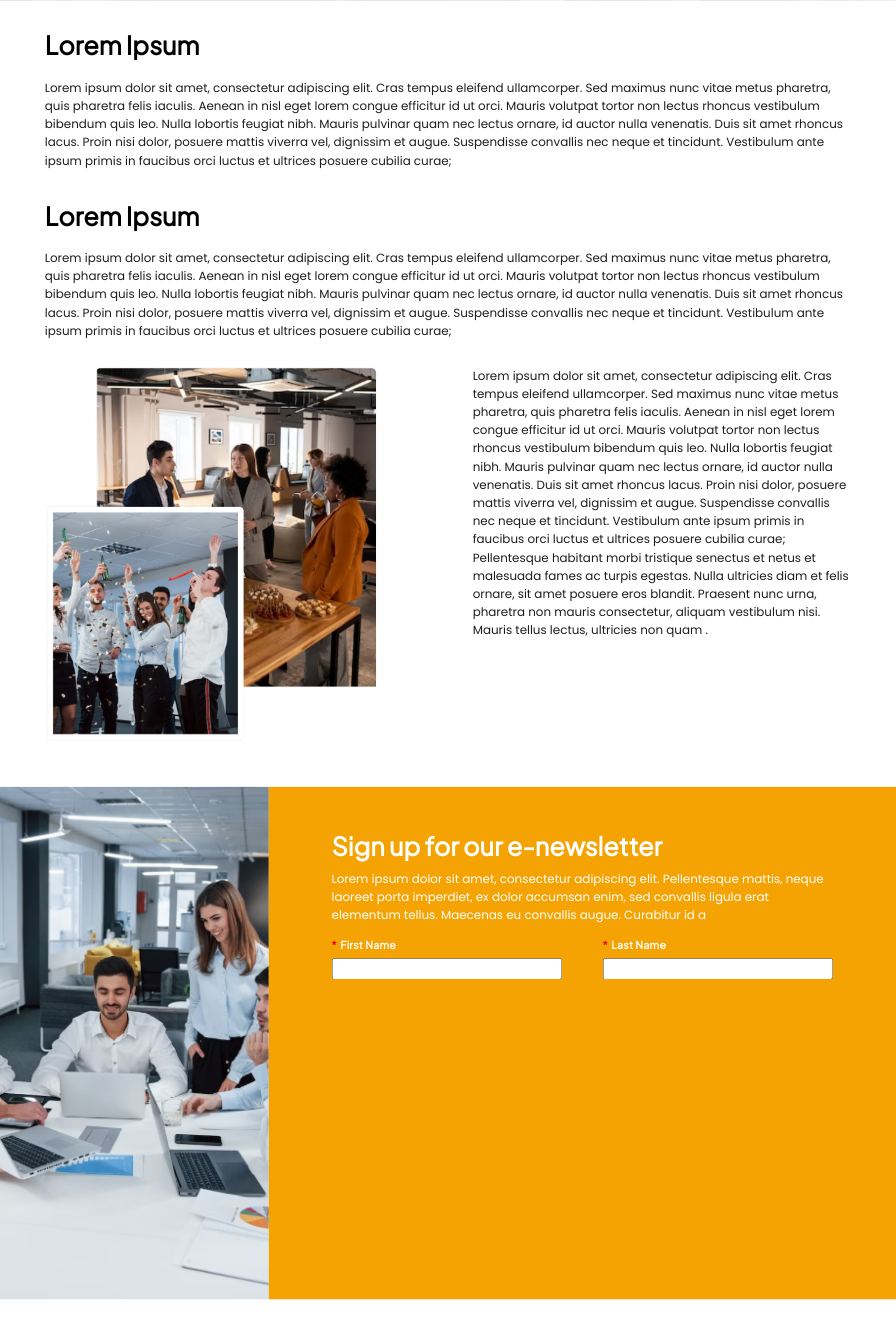
Repository: Akash8377/Hospitality-website
Page: /about-us
These files come from the project's save history. The page is drawn as it stood at one moment and after a run of saves; the edit follows.
The browser window is 1280 px wide. The pictures show the part of the page from y = 683 to 2603 px (the page is 2603 px tall), at 70% of full size.
Some web libraries are served in a nearby version. The project was rebuilt for these pictures with package versions that can differ from the ones it lists, and the page was loaded fresh each time. Also part of the build but not shown: src/Component/Partial/heading-cont.js, src/Component/Shared/about-us.js, src/Component/Shared/Banner.js, src/Component/Shared/popular-jobs.js, src/Component/Sliders/ServiceSlider.js, src/Component/Sliders/ReviewSlider.js, src/Component/Partial/index-banner.js, src/Component/Partial/index-buisness-banner.js and 2 more.

Above is the page before, as saved 2023-07-07 12:10:57.

### public/index.html
<!-- @format -->

<!DOCTYPE html>
<html lang="en">
  <head>
    <meta charset="utf-8" />
    <link rel="icon" href="%PUBLIC_URL%/favicon.ico" />
    <meta name="viewport" content="width=device-width, initial-scale=1" />
    <meta name="theme-color" content="#000000" />
    <meta
      name="description"
      content="Web site created using create-react-app"
    />
    <link rel="apple-touch-icon" href="%PUBLIC_URL%/logo192.png" />
    <link rel="manifest" href="%PUBLIC_URL%/manifest.json" />

    <link rel="preconnect" href="https://fonts.googleapis.com" />
    <link rel="preconnect" href="https://fonts.gstatic.com" crossorigin />
    <link href="https://fonts.googleapis.com/css2?family=Plus+Jakarta+Sans&family=Poppins&display=swap" rel="stylesheet">
    <title>React App</title>
  </head>
  <body>
    <noscript>You need to enable JavaScript to run this app.</noscript>
    <div id="root"></div>
  </body>
  <script src="https://kit.fontawesome.com/b533b351e4.js" crossorigin="anonymous"></script>
</html>

### src/index.css
/** @format */

body {
  margin: 0;
  padding: 0;
  font-family: -apple-system, BlinkMacSystemFont, "Segoe UI", "Roboto", "Oxygen",
    "Ubuntu", "Cantarell", "Fira Sans", "Droid Sans", "Helvetica Neue",
    sans-serif;
  -webkit-font-smoothing: antialiased;
  -moz-osx-font-smoothing: grayscale;
}

code {
  font-family: source-code-pro, Menlo, Monaco, Consolas, "Courier New",
    monospace;
}

### src/App.js
import React from 'react'
import {  BrowserRouter  , Route , Routes } from 'react-router-dom'
import HomePage from './Pages/HomePage'



// Css
import './Css/Navbar.css'
import './Css/Lap.css'
import AboutUs from './Pages/AboutUs'
const App = () => {
  return (
    <>
      <BrowserRouter>
        <Routes>
            <Route path='/' element={<HomePage />} />
            <Route path='/about-us' element={<AboutUs />} />
        </Routes>
      </BrowserRouter>
    </>
  )
}

export default App

### src/Css/Navbar.css
/** @format */

.Navbar {
  display: flex;
  justify-content: space-evenly;
  box-shadow: 0px 10px 30px 0px rgba(0, 0, 0, 0.25);
  background-color: #033c59;
  padding: 20px;
  align-items: center;
}
.Navbar .main {
  width: 15%;
  text-align: center;
}
.Navbar .main a {
  text-decoration: none;
  color: #fff;
  font-size: 20px;
  font-family: Plus Jakarta Sans;
  font-style: normal;
  font-weight: 400;
  line-height: 24px;
  letter-spacing: 1px;
  margin: 0;
}

.Navbar .main img {
  display: block;
  margin: auto;
  max-width: 100%;
}
.Navbar .main div {
  border-radius: 24px;
  border: 1px solid #f3f4f6;
  background: #eee;
  padding: 8px;
  display: flex;
  justify-content: space-between;
  padding-left: 10px;
  padding-right: 10px;
}
.Navbar .main div input {
  border: none;
  background-color: transparent;
  outline: none;
  color: #6b7280;
  font-size: 14px;
  font-family: Plus Jakarta Sans;
  font-style: normal;
  font-weight: 400;
  line-height: normal;
  width: 80%;
}
.Navbar .main button {
  border-radius: 8px;
  background: #f5a302;
  width: 120px;
  padding: 10px;
  color: #fff;
  text-align: center;
  font-size: 16px;
  font-family: Plus Jakarta Sans;
  font-style: normal;
  font-weight: 800;
  line-height: normal;
  outline: none;
  border: 1px solid #f5a302;
}

.Navbar .main a:focus{
    font-weight: 700;
}

### src/Css/Lap.css
/** @format */

/* Home Page Banner */
.Banner {
  min-height: 600px;
  max-height: 800px;
  width: 100%;
  background-image: url("../../public/Image/1.png");
  background-size: cover;
  background-repeat: no-repeat;
  position: relative;
}
.Banner h2 {
  color: #fff;
  text-align: center;
  font-size: 60px;
  font-family: Plus Jakarta Sans;
  font-style: normal;
  font-weight: 700;
  line-height: 90px;
}
.Banner p {
  color: rgba(255, 255, 255, 0.7);
  text-align: center;
  font-size: 17px;
  font-family: Plus Jakarta Sans;
  font-style: normal;
  font-weight: 400;
  line-height: 28px;
}

.Banner .two_button {
  display: flex;
  justify-content: center;
  gap: 20px;
}
.Banner .two_button button {
  border-radius: 10px;
  background: #033c59;
  border: 1px solid #033c59;
  box-shadow: 0px 0px 3px 0px rgba(60, 72, 88, 0.15);
  width: 457px;
  color: #fff;
  height: 92px;
  color: #fff;
  font-size: 28px;
  font-family: Plus Jakarta Sans;
  font-style: normal;
  font-weight: 700;
  line-height: normal;
  display: flex;
  justify-content: center;
  align-items: center;
  gap: 20px;
}

.Banner .Bottom_Button {
  border-radius: 10px;
  background: #f5a302;
  box-shadow: 0px 0px 3px 0px rgba(60, 72, 88, 0.15);
  color: #fff;
  text-align: center;
  font-size: 28px;
  font-family: Plus Jakarta Sans;
  font-style: normal;
  font-weight: 700;
  border: 1px solid #f5a302;
  height: 92px;
  width: 666px;
  display: flex;
  justify-content: center;
  align-items: center;
  gap: 20px;
  margin: auto;
  margin-top: 20px;
}

.Banner .content {
  position: absolute;
  top: 50%;
  left: 50%;
  transform: translate(-50%, -50%);
}

/* -------------------------- */

/* Home Page About us Section */
.Three_Div {
  display: flex;
  justify-content: space-evenly;
  gap: 20px;
  flex-wrap: wrap;
  margin-top: 2%;
  padding: 20px;
}
.Three_Div .Item {
  width: 357.126px;
}
.Three_Div .Item .upper {
  width: 100%;
  height: 381.393px;
  position: relative;
  background-image: url("../../public/Image/2.png");
}
.Three_Div .Item .upper .head {
  color: #fff;
  text-align: center;
  font-size: 36px;
  font-family: Plus Jakarta Sans;
  font-style: normal;
  font-weight: 600;
  max-width: 100%;
  width: 100%;
  margin: auto;
  position: absolute;
  bottom: 30px;
  left: 50%;
  transform: translate(-50%);
}
.Three_Div .Item .desc {
  color: #1d1d1d;
  text-align: center;
  font-size: 14px;
  font-family: Poppins;
  font-style: normal;
  font-weight: 400;
  line-height: normal;
  margin-top: 20px;
}
.Three_Div .Item button {
  border-radius: 6px;
  border: 1px solid #f5a302;
  background: #fef6e6;
  padding: 5px 21.02px 5px 21px;
  display: block;
  margin: auto;
  color: #f5a302;
  text-align: center;
  font-size: 15px;
  font-family: Plus Jakarta Sans;
  font-style: normal;
  font-weight: 600;
  line-height: 28px;
  letter-spacing: 0.375px;
}

/* Home Page Heading Container*/
.Center_Heading {
  margin-top: 5%;
}
.Center_Heading h5 {
  color: #161c2d;
  text-align: center;
  font-size: 36px;
  font-family: Plus Jakarta Sans;
  font-style: normal;
  font-weight: 600;
  line-height: 39px;
}
.Center_Heading .desc {
  color: #1d1d1d;
  text-align: center;
  font-size: 14px;
  font-family: Poppins;
  font-style: normal;
  font-weight: 400;
  line-height: normal;
  max-width: 600px;
  margin: auto;
}

/* Home Page Popular Jobs */
.Popular_Jobs {
  padding: 20px;
}
.Popular_Jobs table {
  table-layout: fixed;
  width: 90%;
  margin: auto;
  text-align: center;
}
.Popular_Jobs table tbody td .flex-cont {
  display: flex;
  gap: 5px;
  justify-content: center;
  align-items: center;
}

.Popular_Jobs table tbody tr {
  margin-top: 30px 0 !important;
  border-radius: 4px;
  background: rgba(255, 255, 255, 0);
  box-shadow: 0px 0px 3px 0px rgba(60, 72, 88, 0.15);
  border: 1px solid rgba(255, 255, 255, 0);
}
.Popular_Jobs table tbody tr td {
  padding: 10px;
}
.Popular_Jobs table tbody td .flex-cont p {
  color: #161c2d;
  font-size: 17px;
  font-family: Plus Jakarta Sans;
  font-style: normal;
  font-weight: 600;
  line-height: 28px;
  margin: 0;
}
.Popular_Jobs table tbody td .flex-cont button {
  border-radius: 6px;
  border: 1px solid #005479;
  background: #005479;
  color: #fff;
  text-align: center;
  font-size: 15px;
  font-family: Plus Jakarta Sans;
  font-style: normal;
  font-weight: 600;
  line-height: 28px;
  letter-spacing: 0.375px;
}
.Popular_Jobs table tbody td .flex-cont i {
  color: #005479;
  width: 40px;
  height: 40px;
  border: 1px solid #005479;
  text-align: center;
  border-radius: 100%;
  background-color: rgba(3, 0, 129, 0.05);
  padding: 10px;
}
.Popular_Jobs table tbody td .flex-vertical-cont {
  display: flex;
  flex-direction: column;
}
.Popular_Jobs table tbody td .flex-vertical-cont p {
  margin: 0;
  color: #161c2d;
  font-size: 15px;
  font-family: Plus Jakarta Sans;
  font-style: normal;
  font-weight: 700;
  line-height: 28px;
}
.Popular_Jobs table tbody td .flex-vertical-cont select {
  border-radius: 6px;
  border: 1px solid #777;
  background: #eee;
  width: 164px;
  margin: auto;
  outline: none;
  color: #777;
  font-size: 14px;
  font-family: Plus Jakarta Sans;
  font-style: normal;
  font-weight: 400;
  line-height: 20px;
}
.Popular_Jobs table tbody td .flex-vertical-cont div {
  display: flex;
  gap: 5px;
  align-items: center;
  justify-content: center;
}
.Popular_Jobs table tbody td .flex-vertical-cont div p {
  color: #94a3b8;
  font-size: 15px;
  font-family: Plus Jakarta Sans;
  font-style: normal;
  font-weight: 400;
  line-height: 28px;
}
.Popular_Jobs table tbody td .flex-vertical-cont div i {
  color: #94a3b8;
}

/* Home Page Service Slider */
.Service_Slider_Container {
  position: relative;
  margin-top: 20px;
}
.Service_Slider_Container .Service_Slider .Main {
  width: 421px !important;
  height: 506px !important;
  position: relative;
  display: block !important;
  margin: auto;
}
.Service_Slider_Container .Service_Slider .Main img {
  position: absolute;
  top: 0;
  bottom: 0;
  left: 0;
  right: 0;
  z-index: -1;
}
.Service_Slider_Container .slick-arrow {
  display: none !important;
}

.Service_Slider_Container .Service_Slider .Main .head {
  color: #fff;
  text-align: center;
  font-size: 36px;
  font-family: Plus Jakarta Sans;
  font-style: normal;
  font-weight: 600;
  line-height: 28px;
  position: absolute;
  top: 50%;
  left: 50%;
  transform: translate(-50%, -50%);
  width: 100%;
}
.Service_Slider_Container .Service_Slider .Main button {
  display: flex;
  gap: 10px;
  align-items: center;
  border-radius: 6px;
  border: 1px solid #fff;
  background: #fff;
  width: 148.49px;
  height: 37.865px;
  color: #000;
  text-align: center;
  font-size: 15px;
  font-family: Plus Jakarta Sans;
  font-style: normal;
  font-weight: 600;
  line-height: 28px;
  letter-spacing: 0.375px;
  position: absolute;
  top: 70%;
  left: 50%;
  transform: translate(-50%, -50%);
  text-align: center;
  justify-content: center;
}

/* Home Page Review Slider */
.Review_Slider_Container {
  position: relative;
  margin-top: 30px;
  margin-bottom: 20px;
}
.Review_Slider_Container .Review_Slider .Main {
  width: 357px !important;
  height: 466px !important;
  position: relative;
  display: block !important;
  margin: auto;
  background: #fff;
  box-shadow: 0px 20px 40px 10px rgba(159, 159, 159, 0.15),
    0px -10px 50px 0px rgba(0, 0, 0, 0.1);
  padding: 20px;
}

.Review_Slider_Container .slick-arrow {
  display: none !important;
}
.Review_Slider_Container .Review_Slider .Main .User_Profile {
  display: flex;
  justify-content: space-between;
  max-width: 90%;
  gap: 10px;
  align-items: center;
}

.Review_Slider_Container .Review_Slider .Main .User_Profile img {
  width: 73px;
  height: 73px;
  border-radius: 100%;
}
.Review_Slider_Container .Review_Slider .Main .User_Profile p {
  margin: 0;
}

.Review_Slider_Container .Review_Slider .Main .User_Profile div .head {
  color: #000;
  font-size: 22px;
  font-family: Plus Jakarta Sans;
  font-style: normal;
  font-weight: 700;
  line-height: 39px;
}
.Review_Slider_Container .Review_Slider .Main .User_Profile div .desc {
  color: #9c9c9c;
  font-size: 15px;
  font-family: Plus Jakarta Sans;
  font-style: normal;
  font-weight: 700;
  line-height: 39px;
}

.Review_Slider_Container .Review_Slider .Main .Reviews {
  display: flex;
  align-items: center;
  justify-content: space-between;
  margin-top: 10px;
}
.Review_Slider_Container .Review_Slider .Main .Reviews div {
  display: flex;
  gap: 5px;
}
.Review_Slider_Container .Review_Slider .Main .Reviews div i {
  color: #ffc107;
  font-size: 23px;
}

.Review_Slider_Container .Review_Slider .Main .Reviews p {
  margin: 0;
  color: #9c9c9c;
  font-size: 15px;
  font-family: Plus Jakarta Sans;
  font-style: normal;
  font-weight: 700;
  line-height: 39px;
}
.Review_Slider_Container .Review_Slider .Main .content {
  text-align: left;
  margin-top: 10px;
}
.Review_Slider_Container .Review_Slider .Main .content p {
  color: #000;
  font-size: 17px;
  font-family: Plus Jakarta Sans;
  font-style: normal;
  font-weight: 400;
  line-height: 28px;
}

/* Index Two Sec Banner */
.Index_Banner_Two_Sec {
  display: flex;
  width: 90%;
  margin: auto;
  align-items: stretch;
  margin-top: 2%;
  justify-content: center;
  height: 550px;
  max-width: 1200px;
  margin-bottom: 20px;
}
.Index_Banner_Two_Sec .left {
  width: 30%;
  display: flex;
  justify-content: flex-end;
}
.Index_Banner_Two_Sec .left img {
  width: auto;
  max-height: 100%;
}

.Index_Banner_Two_Sec .right {
  width: 70%;
  background-color: #f5a302;
  position: relative;
}
.Index_Banner_Two_Sec .right .content {
  position: absolute;
  top: 50%;
  left: 50%;
  transform: translate(-50%, -50%);
  width: 90%;
  margin: auto;
}
.Index_Banner_Two_Sec .right .content h5 {
  color: #fff;
  font-family: Plus Jakarta Sans;
  font-size: 36px;
  font-style: normal;
  font-weight: 600;
  line-height: 54px;
}
.Index_Banner_Two_Sec .right .content p {
  color: #fff;
  font-family: Plus Jakarta Sans;
  font-size: 17px;
  font-style: normal;
  line-height: 28px;
}
.Index_Banner_Two_Sec .right .content ul {
  list-style: none;
  padding-left: 0;
}
.Index_Banner_Two_Sec .right .content ul li {
  display: flex;
  gap: 10px;
  align-items: center;
}
.Index_Banner_Two_Sec .right .content ul li span {
  color: #fff;
  font-family: Plus Jakarta Sans;
  font-size: 15px;
  font-style: normal;
  font-weight: 400;
  line-height: 28px;
}

/* Index Buisness Banner */
.Index_Buisness_Banner {
  display: flex;
  justify-content: space-evenly;
  width: 90%;
  margin: auto;
  margin-top: 5%;
}
.Index_Buisness_Banner .left {
  width: 50%;
  padding: 20px;
}
.Index_Buisness_Banner .left h5 {
  color: #161c2d;
  font-family: Plus Jakarta Sans;
  font-size: 36px;
  font-style: normal;
  font-weight: 600;
  line-height: 39px;
}
.Index_Buisness_Banner .left p {
  color: #1d1d1d;
  font-family: Poppins;
  font-size: 14px;
  font-style: normal;
  font-weight: 400;
  line-height: normal;
  max-width: 60%;
}
.Index_Buisness_Banner .left .Two_Sec {
  display: flex;
  justify-content: space-between;
  flex-wrap: wrap;
}

.Index_Buisness_Banner .left .Two_Sec .Main {
  width: 49%;
  border-radius: 4px;
  background: #f8fafc;
  box-shadow: 0px 0px 3px 0px rgba(60, 72, 88, 0.15);
  padding: 20px;
  display: flex;
  align-items: flex-start;
  gap: 10px;
  margin-top: 20px;
}
.Index_Buisness_Banner .left .Two_Sec .Main div {
  display: flex;
  flex-direction: column;
  width: 60%;
}
.Index_Buisness_Banner .left .Two_Sec .Main div h6 {
  color: #161c2d;
  font-family: Plus Jakarta Sans;
  font-size: 16px;
  font-style: normal;
  font-weight: 600;
  line-height: 28px;
}

.Index_Buisness_Banner .left .Two_Sec .Main div p {
  color: #005479;
  font-family: Plus Jakarta Sans;
  font-size: 14px;
  font-style: normal;
  font-weight: 400;
  line-height: 20px;
  width: 100%;
}
.Index_Buisness_Banner .left .Last_Text {
  display: flex;
  gap: 10px;
  color: #94a3b8;
  text-align: center;
  font-family: Plus Jakarta Sans;
  font-size: 15px;
  font-style: normal;
  font-weight: 600;
  line-height: 28px;
  letter-spacing: 0.375px;
  align-items: center;

  margin: 0;
  margin-top: 10px;
}
.Index_Buisness_Banner .right {
  width: 30%;
}
.Index_Buisness_Banner .right img {
  max-width: 100%;
  display: block;
  margin: auto;
}

/* Footer  */
.Footer {
  background: #f5a302;
  margin-top: 5%;
  padding-bottom: 50px;
}
.Footer .Upper_Div {
  display: flex;
  width: 90%;
  margin: auto;
  justify-content: space-between;
  padding-top: 2%;
  align-items: center;
}
.Footer .Upper_Div div {
  width: 15%;
}
.Footer .Upper_Div div p {
  margin: 0;
  color: #fff;
  font-family: Plus Jakarta Sans;
  font-size: 20px;
  font-style: normal;
  font-weight: 800;
  line-height: normal;
}
.Footer .Upper_Div div button {
  color: #fff;
  text-align: center;
  font-family: Plus Jakarta Sans;
  font-size: 16px;
  font-style: normal;
  font-weight: 800;
  border-radius: 8px;
  background: #005479;
  border: 1px solid #005479;
  width: 100%;
  padding: 10px;
  line-height: normal;
}

.Footer .Down_Div {
  display: flex;
  justify-content: space-between;
  width: 90%;
  margin: auto;
  margin-top: 40px;
}

.Footer .Down_Div .left h5 {
  color: #fff;
  font-family: Plus Jakarta Sans;
  font-size: 26px;
  font-style: normal;
  font-weight: 700;
  line-height: 39px;
}
.Footer .Down_Div .left .two_sec {
  display: flex;
  align-items: center;
  gap: 10px;
  margin-top: 30px;
}
.Footer .Down_Div .left .two_sec p {
  margin: 0;
  color: #fff;
  font-family: Plus Jakarta Sans;
  font-size: 17px;
  font-style: normal;
  font-weight: 500;
  line-height: normal;
}
.Footer .Down_Div .left .two_sec i {
  color: #fff;
  font-size: 20px;
}

.Footer .Down_Div .left .copyRight {
  color: #fff;
  font-family: Plus Jakarta Sans;
  font-size: 20px;
  margin-top: 40px;
  font-style: normal;
  font-weight: 500;
  line-height: normal;
}

/* About Us Page */
.AboutUs {
  min-height: 600px;
  max-height: 800px;
  width: 100%;
  background-image: url("../../public/Image/11.png");
  background-size: cover;
  background-repeat: no-repeat;
  position: relative;
}
.AboutUs h2 {
  color: #fff;
  text-align: center;
  font-size: 36px;
  font-family: Plus Jakarta Sans;
  font-style: normal;
  font-weight: 700;
  line-height: 90px;
}
.AboutUs p {
  color: rgba(255, 255, 255, 0.7);
  text-align: center;
  font-size: 14px;
  font-family: Plus Jakarta Sans;
  font-style: normal;
  font-weight: 400;
  line-height: 28px;
}

.AboutUs .content {
  position: absolute;
  top: 60%;
  left: 50%;
  transform: translate(-50%, -50%);
}

.About_Us-Content {
  width: 90%;
  margin: auto;
  margin-top: 3%;
}
.About_Us-Content h5 {
  color: #000;
  font-family: Plus Jakarta Sans;
  font-size: 36px;
  font-style: normal;
  font-weight: 600;
  line-height: 54px;
}
.About_Us-Content p {
  color: #1d1d1d;
  font-family: Poppins;
  font-size: 17px;
  font-style: normal;
  font-weight: 400;
  line-height: normal;
  margin-top: 20px;
}

.About_Us-two_Sec {
  display: flex;
  width: 90%;
  margin: auto;
  justify-content: space-between;
  margin-top: 3%;
}
.About_Us-two_Sec .right {
  width: 70%;
  text-align: left;
  display: flex;
  justify-content: flex-end;
}
.About_Us-two_Sec .right p {
  max-width: 80%;
  color: #1d1d1d;
  font-family: Poppins;
  font-size: 17px;
  font-style: normal;
  font-weight: 400;
  line-height: normal;
}

.About-Us_Newsletter {
  display: flex;
  align-items: stretch;
  max-height: 900px;
  margin-top: 5%;
  margin-bottom: 5%;
}
.About-Us_Newsletter .left {
  width: 30%;
}
.About-Us_Newsletter .left img {
  height: 100%;
  width: 100%;
}

.About-Us_Newsletter .right {
  background: #f5a302;
  width: 70%;
  padding-top: 5%;
}
.About-Us_Newsletter .right .content {
  width: 80%;
  margin: auto;
}
.About-Us_Newsletter .right .content h5 {
  color: #fff;
  font-family: Plus Jakarta Sans;
  font-size: 36px;
  font-style: normal;
  font-weight: 700;
  line-height: 39px;
}
.About-Us_Newsletter .right .content p {
  color: #fff;
  font-family: Poppins;
  font-size: 17px;
  font-style: normal;
  font-weight: 400;
  line-height: normal;
  margin-top: 2%;
}
.About-Us_Newsletter .right .content form {
  margin-top: 2%;
}
.About-Us_Newsletter .right .content form .Two_Inputs {
  display: flex;
  gap: 20px;
  justify-content: space-between;
  align-items: center;
}
.About-Us_Newsletter .right .content form .Two_Inputs div {
  width: 46%;
  display: flex;
  flex-direction: column;
  gap: 5px;
}
.About-Us_Newsletter .right .content form .Two_Inputs div label {
  color: #fff;
  font-family: Plus Jakarta Sans;
  font-size: 15px;
  font-style: normal;
  font-weight: 700;
  line-height: 28px;
  letter-spacing: 0.375px;
  display: flex;
  gap: 5px;
}
.About-Us_Newsletter .right .content form .Two_Inputs div label span{
  color: #E51111;

}
.About-Us_Newsletter .right .content form .Two_Inputs div  input {

}

### src/Pages/AboutUs.js
/** @format */

import React from "react";
import Navbar from "../Component/Navbar/Navbar";
import Banner from "../Component/Partial/About Us Component/Banner";
import ContentDescription from "../Component/Partial/About Us Component/content-description";
import Newsletter from "../Component/Partial/About Us Component/Newsletter";
import TwoSection from "../Component/Partial/About Us Component/two-section";

const AboutUs = () => {
  return (
    <>
      <Navbar />
      <Banner />
      <ContentDescription />
      <ContentDescription />
      <TwoSection />
      <Newsletter />
    </>
  );
};

export default AboutUs;

### src/Component/Navbar/Navbar.js
/** @format */

import React from "react";
import { Link } from "react-router-dom";

const Navbar = () => {
  return (
    <div className="Navbar">
      <div className="main">
        <img src="./Image/logo.png" alt="Logo" />
      </div>
      <div className="main">
        <Link to="/">
          Home
        </Link>
      </div>
      <div className="main">
        <Link to="/">
          About Us
        </Link>
      </div>
      <div className="main">
        <Link to="/">
          Event Booking
        </Link>
      </div>
      <div className="main">
        <Link to="/">
        Contact Us
        </Link>
      </div>
      <div className="main">
       <div>
       <input type={"search"} placeholder="Search..." />
        <i className="fa-solid fa-magnifying-glass"></i>
       </div>
      </div>
      <div className="main">
        <button>SIGN IN</button>
      </div>
    </div>
  );
};

export default Navbar;

### src/Component/Partial/About Us Component/content-description.js
import React from 'react'

const ContentDescription = () => {
  return (
    <div className='About_Us-Content'>
        <h5>Lorem Ipsum</h5>
        <p>Lorem ipsum dolor sit amet, consectetur adipiscing elit. Cras tempus eleifend ullamcorper. Sed maximus nunc vitae metus pharetra, quis pharetra felis iaculis. Aenean in nisl eget lorem congue efficitur id ut orci. Mauris volutpat tortor non lectus rhoncus vestibulum bibendum quis leo. Nulla lobortis feugiat nibh. Mauris pulvinar quam nec lectus ornare, id auctor nulla venenatis. Duis sit amet rhoncus lacus. Proin nisi dolor, posuere mattis viverra vel, dignissim et augue. Suspendisse convallis nec neque et tincidunt. Vestibulum ante ipsum primis in faucibus orci luctus et ultrices posuere cubilia curae; </p>
    </div>
  )
}

export default ContentDescription

Loaded but not shown: src/index.js (common file); src/Component/Partial/About Us Component/two-section.js (33 lines, source omitted); src/Component/Partial/About Us Component/Banner.js (18 lines, source omitted); src/Component/Partial/About Us Component/Newsletter.js (39 lines, source omitted)

After the next 2 saves:
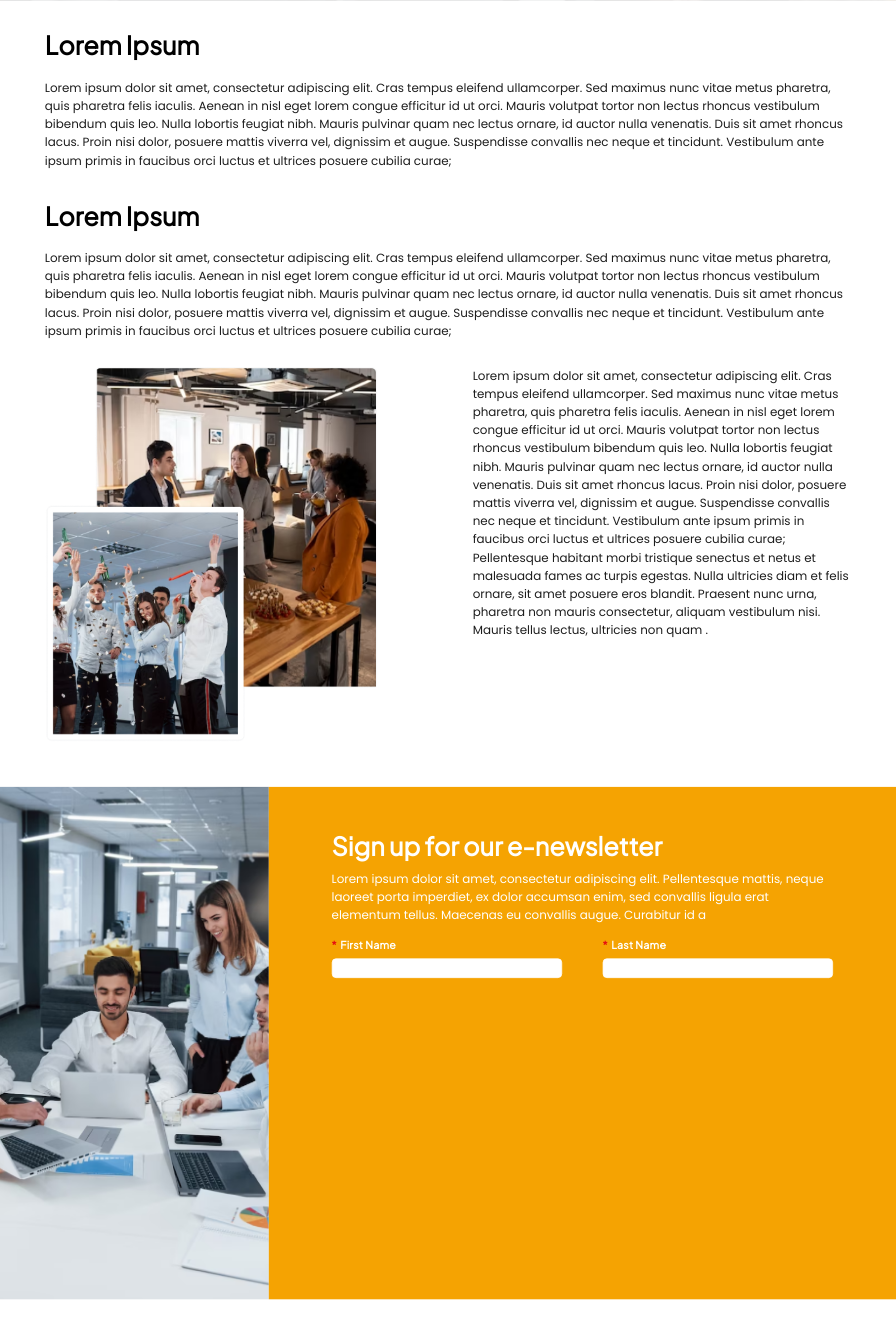
The 2 saves are shown as one change because they came seconds apart.
The last was saved 9 s later.
--- a/src/Css/Lap.css
+++ b/src/Css/Lap.css
@@ -831,5 +831,8 @@
 
 }
 .About-Us_Newsletter .right .content form .Two_Inputs div  input {
-
-}
+  border-radius: 6px;
+border: 1px solid #FFF;
+background: #FFF;
+width: 100%;
+}
